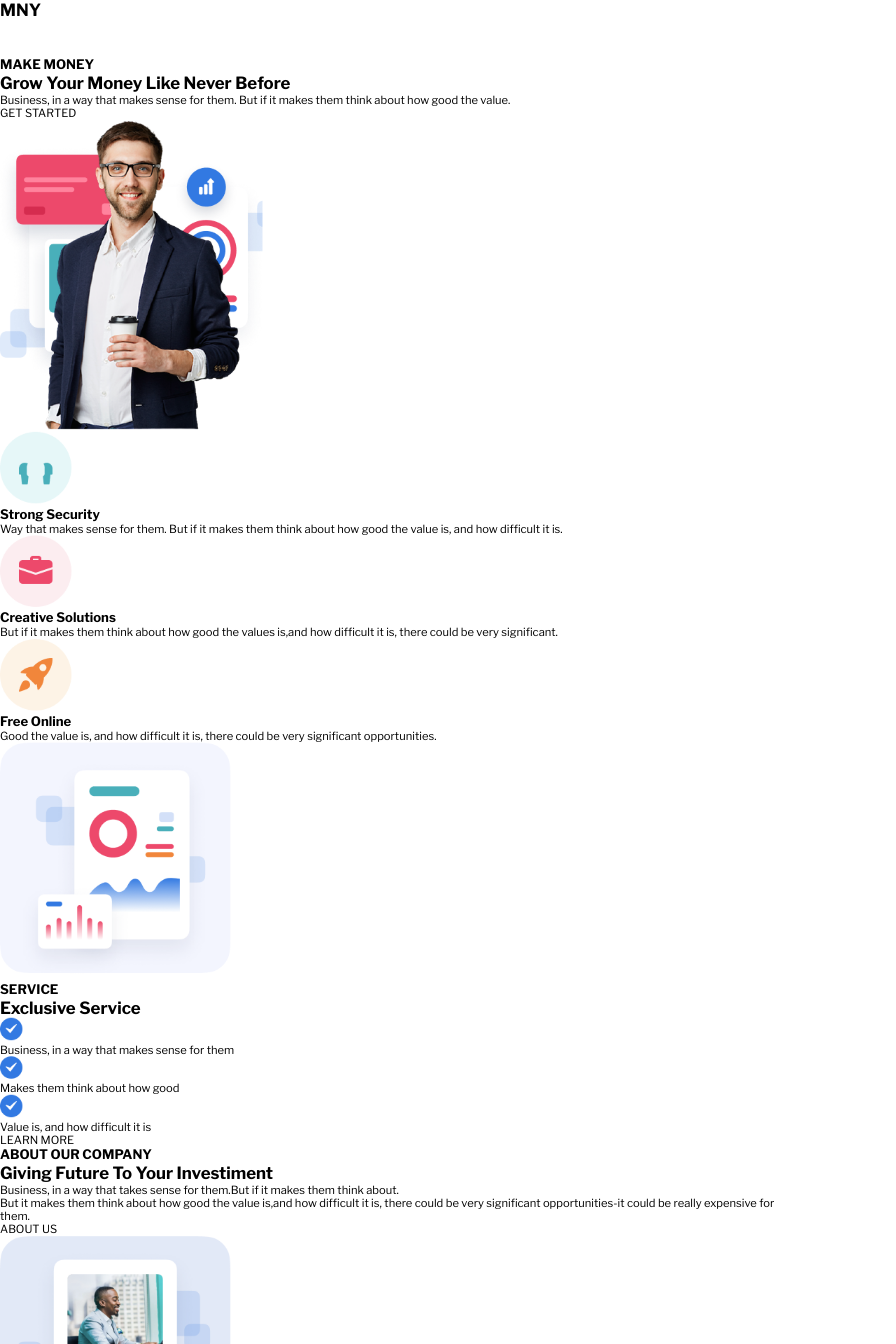
Repository: juniorAntunes910/Make-Money-Design-Avaliacao
Page: index.html
The author's editor kept a copy of each file at every save. The page is drawn from the files as they stood at one save, then again after a run of saves.
The browser window is 1280 px wide. The pictures show the part of the page from y = 0 to 1920 px (the page is 4451 px tall before and 4632 px after), at 70% of full size.

Above is the page before, as saved 2026-03-13 08:08:59.

### index.html
<!DOCTYPE html>
<html lang="pt-br">

<head>
    <meta charset="UTF-8">
    <meta name="viewport" content="width=device-width, initial-scale=1.0">
    <title>Make Money</title>
    <link rel="stylesheet" href="style.css">
    <link rel="stylesheet" href="https://cdnjs.cloudflare.com/ajax/libs/font-awesome/6.5.1/css/all.min.css">
</head>

<body>
    <div class="gradient">
        <header>
            <nav class="container">
                <!--Tive que usar esse metodo alternativo para o gradient ficar correto e nao bugar com o container-->
                <h1 id="header-title">
                    MNY
                </h1>

                <div class="header-box-menu">
                    <img src="Assets/Mobile/header/img-menu-mobile.png" alt="Imagem do menu hamburgue">
                </div>
            </nav>
        </header>

        <main>
            <section id="hero" class="gradient">
                <div class="container">

                    <h3 class="hero-header-subtitle">
                        MAKE MONEY
                    </h3>

                    <h2 class="hero-header-title">
                        Grow Your
                        Money Like
                        Never Before
                    </h2>

                    <p class="hero-header-description">
                        Business, in a way that makes sense for <span class="quebra-mobile"></span>
                        them. But if it makes them think about how <span class="quebra-mobile"></span>
                        good the value.
                    </p>

                    <div id="hero-btn">
                        <p>GET STARTED</p>
                    </div>

                    <div id="hero-img-box">
                        <img src="Assets/Mobile/hero/main-content-img-manCoffe-Mobile.png" alt="Imagem de um homem com roupa de escritorio segurando um café com a mão esquerda, atras do homem há
                            3 graficos indicando crescimento" id="hero-img-box-mobile">

                    </div>
                </div>
            </section>
    </div>

    <section id="main-content" class="container">

        <div id="main-content-cards"><!--Estou usando como um container/box de cards-->

            <div class="main-content-card-box"><!--Primeiro "Card" Strong Security-->

                <div class="main-content-card-box-img-box"><!--Imagem do card-->
                    <img src="Assets/Mobile/main-content/img-card-strong-mobile.png" alt="Imagem de uma bola azul cor #E6F7F8 com duas luvas de box estilo low poly, tambem azul porem
                        mais escuro #49AFBA" class="main-content-card-box-img-box-mobile">
                </div><!--Fim da imagem do card-->

                <h3 class="main-content-card-box-content-title">
                    Strong Security
                </h3>

                <p class="main-content-card-box-content-description">
                    Way that makes sense for them. But if it <span class="quebra-mobile"></span>
                    makes them think about how good the <span class="quebra-mobile"></span>
                    value is, and how difficult it is. <span class="quebra-mobile"></span>
                </p>

            </div><!--Fim do Primeiro "Card" Strong security-->

            <div class="main-content-card-box"><!--Segundo "Card" Creative Solutiions-->

                <div class="main-content-card-box-img-box"><!--Imagem do card-->
                    <img src="Assets/Mobile/main-content/img-card-creative-mobile.png"
                        alt="Imagem de uma bola vermelha cor #FCEDF0, com uma maleta estilo escritorio tambem vermelha #ED496B "
                        class="main-content-card-box-img-box-mobile">
                </div><!--Fim da imagem do card-->

                <h3 class="main-content-card-box-content-title">
                    Creative Solutions
                </h3>

                <p class="main-content-card-box-content-description">
                    But if it makes them think about how <span class="quebra-mobile"></span>
                    good the values is,and how difficult it is, <span class="quebra-mobile"></span>
                    there could be very significant. <span class="quebra-mobile"></span>
                </p>

            </div><!--Fim do Segundo "Card" Creative Solutions-->

            <div class="main-content-card-box"><!--Terceiro "Card" Free Online-->

                <div class="main-content-card-box-img-box"><!--Imagem do card-->
                    <img src="Assets/Mobile/main-content/img-card-free-mobile.png"
                        alt="Imagem de uma bola amarela cor #FDF3E6, com um foguete tambem amarelo #F1863B "
                        class="main-content-card-box-img-box-mobile">
                </div><!--Fim da imagem do card-->

                <h3 class="main-content-card-box-content-title">
                    Free Online
                </h3>

                <p class="main-content-card-box-content-description">
                    Good the value is, and how difficult it is, <span class="quebra-mobile"></span>
                    there could be very significant <span class="quebra-mobile"></span>
                    opportunities. <span class="quebra-mobile"></span>
                </p>

            </div><!--Fim do Terceiro "Card" Free online-->
        </div><!--Fimd o container card Box-->

    </section>

    <div id="line-division-main" class="container"></div><!--Linha de divisão entre main-content e service-->


    <section id="service" class="container">

        <div id="service-img-box">
            <img src="Assets/Mobile/service/img-service-graph-mobile.png" alt="Imagem de dois graficos minimalistas, um grafico sendo o maior e possuindo varios graficos
                dentro da seu espaço e um grafico menor sendo de barras" id="img-service-mobile">
        </div>

        <div class="service-content">
            <div class="service-content-header">
                <h3 class="service-content-subtitle">
                    SERVICE
                </h3>

                <h2 class="service-content-title">
                    Exclusive <span class="quebra-mobile"></span>
                    Service
                </h2>
            </div>

            <div class="service-content-avaiable">
                <ul>
                    <li>
                        <div class="service-content-avaiable-img-box">
                            <img src="Assets/Mobile/service/img-service-avaiable-mobile.png"
                                alt="Imagem de uma bola azul com um simbolo de certo/correto branco no centro"
                                id="img-avaiable-mobile">
                        </div>
                        <p>
                            Business, in a way that makes
                            sense for them
                        </p>
                    </li>

                    <li>
                        <div class="service-content-avaiable-img-box">
                            <img src="Assets/Mobile/service/img-service-avaiable-mobile.png"
                                alt="Imagem de uma bola azul com um simbolo de certo/correto branco no centro"
                                class="img-avaiable-mobile">
                        </div>
                        <p>
                            Makes them think about how
                            good
                        </p>
                    </li>

                    <li>
                        <div class="service-content-avaiable-img-box">
                            <img src="Assets/Mobile/service/img-service-avaiable-mobile.png"
                                alt="Imagem de uma bola azul com um simbolo de certo/correto branco no centro"
                                class="img-avaiable-mobile">
                        </div>
                        <p>
                            Value is, and how difficult it is
                        </p>
                    </li>
                </ul>

                <div id="service-content-avaiable-btn">
                    <p>
                        LEARN MORE
                    </p>
                </div>
            </div>
        </div>
    </section>

    <section id="about">
        <div class="container">
            <h3 class="about-header-subtitle">
                ABOUT OUR COMPANY
            </h3>

            <h2 class="about-header-title">
                Giving Future To
                Your Investiment
            </h2>

            <p class="about-header-description">
                Business, in a way that takes
                sense for them.But if it makes
                them think about.
            </p>

            <p class="about-header-subdescription">
                But it makes them think about how good
                the value is,and how difficult it is, there
                could be very significant opportunities-it
                could be really expensive for them.
            </p>

            <div class="about-header-btn">
                <p>ABOUT US</p>
            </div>
        </div>

        <div id="about-img-box">
            <img src="Assets/Mobile/about/img-about-office-mobile.png"
                alt="imagem dividida em 4 elementos sendo a primeira em cima e maior
                com a foto de um trabalhador de escritorio sorrindo enquanto usa seu computador, abaixo na esquerda um grafico subindo, na direita
                possui duas imagem uma em cima da outra sendo a de cima um icone de banco e a de baixo um icone de cartao" class="about-img-box-img-mobile">
        </div>
    </section>

    <section id="testimonials">
        <div id="testimonials-header">
            <h3 class="testimonials-header-subtitle">
                Testimonials
            </h3>
            <h2 class="testimonials-header-title">
                What Clients
                Say
            </h2>
        </div>

        <div id="testimonials-cards-box"><!--Box de cards testimonial-->

            <div class="testimonials-cards-box-card">

                <div class="testimonials-cards-box-card-header"><!--Person 1-->
                    <div class="testimonials-cards-box-card-header-img-person">
                        <img src="Assets/Mobile/testimonials/persons/img-person1-mobile.png"
                            alt="Imagem de uma pessoa com boné, filtro preto e branco olhando para baixo enquanto sorri"
                            class="testimonials-cards-box-card-header-img-person-mobile">
                    </div>
                    <h3 class="testimonials-cards-box-card-header-title">
                        Asaka Chimako
                    </h3>
                    <div class="testimonials-cards-box-card-header-img-stars">
                        <img src="Assets/Mobile/testimonials/img-stars.png"
                            alt="Imagem de 5 estrelas amarelas, usadas como avaliação"
                            class="testimonials-cards-box-card-header-img-stars-mobile">
                    </div>
                </div>
                <div class="testimonials-cards-box-card-content">
                    <p>Business, in a way that makes sense
                        for them.But if it makes them think
                        about how good the value is, and how
                        difficult it is.
                    </p>
                </div>

                <div class="testimonials-cards-box-card-companys">
                    <div class="testimonials-cards-box-card-companys-img">
                        <img src="Assets/Mobile/testimonials/company/img-digitalside.png" alt="Logo da DigitalSide"
                            class="testimonials-cards-box-card-companys-img-mobile">
                    </div>
                    <p>This week</p>
                </div>

            </div><!--Fim do Person 1-->


            <!--Person 2-->
            <div class="testimonials-cards-box-card-azul"><!--Person 2-->
                <div class="testimonials-cards-box-card-header container">
                    <div class="testimonials-cards-box-card-header-img-person">
                        <img src="Assets/Mobile/testimonials/persons/img-person2-mobile (1).png"
                            alt="Imagem de uma pessoa olhando para a camera enquanto sorri"
                            class="testimonials-cards-box-card-header-img-person-mobile">
                    </div>
                    <h3 class="testimonials-cards-box-card-header-title azul-title">
                        Denice Ekdahl
                    </h3>
                    <div class="testimonials-cards-box-card-header-img-stars">
                        <img src="Assets/Mobile/testimonials/img-stars.png"
                            alt="Imagem de 5 estrelas amarelas, usadas como avaliação"
                            class="testimonials-cards-box-card-header-img-stars-mobile">
                    </div>
                </div>
                <div class="testimonials-cards-box-card-content container azul">
                    <p>
                        But if it makes them think about how
                        good the value is, and how difficult it is,
                        there could be very significant
                        opportunities.
                    </p>
                </div>

                <div class="testimonials-cards-box-card-companys container azul azul-bottom">
                    <div class="testimonials-cards-box-card-companys-img">
                        <img src="Assets/Mobile/testimonials/company/img-vortex.png" alt="Logo da Vortex"
                            class="testimonials-cards-box-card-companys-img-mobile">
                    </div>
                    <p>2 weeks ago</p>
                </div>
            </div>

            <div class="testimonials-cards-box-card">
                <div class="testimonials-cards-box-card-header"><!--Person 3-->
                    <div class="testimonials-cards-box-card-header-img-person">
                        <img src="Assets/Mobile/testimonials/persons/img-person3-mobile.png"
                            alt="Imagem de uma pessoa olhando para a camera enquanto sorri"
                            class="testimonials-cards-box-card-header-img-person-mobile">
                    </div>
                    <h3 class="testimonials-cards-box-card-header-title">
                        Vladěna Klímková
                    </h3>
                    <div class="testimonials-cards-box-card-header-img-stars">
                        <img src="Assets/Mobile/testimonials/img-stars.png"
                            alt="Imagem de 5 estrelas amarelas, usadas como avaliação"
                            class="testimonials-cards-box-card-header-img-stars-mobile">
                    </div>
                </div>
                <div class="testimonials-cards-box-card-content">
                    <p>
                        Think about how good the value is, and
                        how difficult it is, there could be very
                        significant opportunities.
                    </p>
                </div>

                <div class="testimonials-cards-box-card-companys">
                    <div class="testimonials-cards-box-card-companys-img">
                        <img src="Assets/Mobile/testimonials/company/img-fusionsource.png" alt="Logo da FusionSource"
                            class="testimonials-cards-box-card-companys-img-mobile">
                    </div>
                    <p>3 weeks ago</p>
                </div>
            </div>
        </div>

        <div id="testimonials-btn">
            <p>
                TESTIMONIALS
            </p>
        </div>

        <div id="testimonials-ad">
            <h3>Business, in a way that
                makes sense for them. But
                if it makes them think.
            </h3>

            <div id="testimonials-ad-companys">
                <ul>
                    <li>
                        <div class="testimonials-ad-companys-companys-img">
                            <img src="Assets/Mobile/testimonials/company/digitalGra de.png" alt="Logo da digitalSide"
                                class="testimonials-ad-companys-companys-img-mobile">
                        </div>
                    </li>

                    <li>
                        <div class="testimonials-ad-companys-companys-img">
                            <img src="Assets/Mobile/testimonials/company/img-travelexplorer.png"
                                alt="Logo da travelExplorer" class="testimonials-ad-companys-companys-img-mobile">
                        </div>
                    </li>


                    <li>
                        <div class="testimonials-ad-companys-companys-img">
                            <img src="Assets/Mobile/testimonials/company/img-fusionsource.png" alt="Logo da fusionsorce"
                                class="testimonials-ad-companys-companys-img-mobile">
                        </div>
                    </li>


                    <li>
                        <div class="testimonials-ad-companys-companys-img">
                            <img src="Assets/Mobile/testimonials/company/img-mediafury.png" alt="Logo da mediaFury"
                                class="testimonials-ad-companys-companys-img-mobile">
                        </div>
                    </li>
                </ul>
            </div>

            <div class="testimonials-ad-download-img-box">
                <img src="Assets/Mobile/testimonials/img-testimonial-download-mobile.png"
                    alt="Imagem de com 2 celulares em baixo e uma mensagem de download em cima"
                    id="testimonials-ad-download-img-box-mobile">
            </div>
        </div>

    </section>

    <section id="contact">
        <div class="card-azul container">
            <h3 class="container">Get In Touch</h3>
            <form action="#" method="post" class="container">
                <input type="text" id="email" name="email" placeholder="Your email">
                <div class="select-container">
                    <select>
                        <option value="" disabled selected>Subject</option>
                    </select>
                </div>
                <textarea placeholder="Message"></textarea>
                <div class="form-btn">
                    <button type="submit">SUBMIT NOW</button>
                </div>
            </form>
        </div>

        <div id="contact-content" class="container">
            <h3 class="contact-content-subtitle">
                CONTACT
            </h3>
            <h2 class="contact-content-title">
                Contact Us
            </h2>
            <p class="contact-content-description">
                About how good the value is, and how
                difficult it is, there could be very significant
                opportunities.
            </p>
        </div>

        <div id="contact-infos" class="container">
            <ul>
                <li>
                    <div class="contact-infos-img">
                        <img src="Assets/Mobile/contact/img-pin-address-mobile.png"
                            alt="Imagem de uma bola azul, dentro tem um simbolo de localização branco"
                            class="contact-infos-img-mobile">
                    </div>
                    <p>69 Branch Lane Griffin, GA 30223</p>
                </li>

                <li>
                    <div class="contact-infos-img">
                        <img src="Assets/Mobile/contact/img-celphone-mobile.png"
                            alt="Imagem de uma bola azul, dentro tem um telefone branco"
                            class="contact-infos-img-mobile">
                    </div>
                    <p>+1 (234) 567-89-00</p>
                </li>

                <li>
                    <div class="contact-infos-img">
                        <img src="Assets/Mobile/contact/img-email-mobile.png"
                            alt="Imagem de uma bola azul, dentro tem um simbolo de email branco"
                            class="contact-infos-img-mobile">
                    </div>
                    <p>money@info.com</p>
                </li>
            </ul>

            <div class="contact-infos-btn-box">
                <h3 class="contact-infos-btn-box-title">
                    All-in-One Money Solution for Your Business
                </h3>

                <div class="contact-infos-btn-box-btn">
                    <p>
                        CONTACT US
                    </p>
                </div>

                <div class="contact-infos-btn-box-btn">
                    <p>
                        GET STARTED
                    </p>
                </div>
            </div>
        </div>

    </section>

    <div id="line-division-footer-1" class="container"></div>
    </main>

    <footer>

        <h2 id="footer-title">
            MNY
        </h2>

        <div id="footer-links">
            <h4>MENU</h4>
            <ul>
                <li>
                    <p>About</p>
                </li>

                <li>
                    <p>Pricing</p>
                </li>

                <li>
                    <p>Blog</p>
                </li>

                <li>
                    <p>Contact</p>
                </li>
            </ul>

            <h4>SERVICE</h4>
            <ul>
                <li>
                    Finance Analytics
                </li>

                <li>
                    Consulting
                </li>

                <li>
                    Audit & Assurance
                </li>

                <li>
                    Tax Advisory
                </li>
            </ul>

            <div class="footer-links-social">
                <i class="fa-brands fa-facebook-f"></i>

                <i class="fa-brands fa-twitter"></i>

                <i class="fa-brands fa-instagram"></i>
            </div>
        </div>

        <div id="line-division-footer-2" class="container"></div>

        <section id="copyright">

            <div class="copyright-title">
                <p>Copyright © 2021 Laaqiq. </p>
                <p>All Rights Reserved.</p>
            </div>

            <div class="copyright-terms">
                <p>Terms of Use</p>
                <p>Privacy Policy</p>
            </div>
        </section>
    </footer>
</body>

</html>

### style.css
@import url('https://fonts.googleapis.com/css2?family=Libre+Franklin:wght@300;400;700;900&display=swap');

/*Reset */
* {
    margin: 0;
    padding: 0;
    box-sizing: border-box;
}

/*Variaveis */
:root {
    /*Cores*/
    --color-primary: #3279E2;
    --color-primary-light: #CACAEB;
    --color-primary-dark: #062654;
    --color-white: #fff;
    --color-black: #111111;
    --color-text-main: #333333;
    --color-text-opacity: #333333BF;
    --color-subtitle: #AAC4EA;
    --color-bg-about: #ECF1FA;
    --color-line: #D5D6E1;
    --color-border-opacity: #3279E24D;
    --color-white-opacity: #FFFFFF80;
    --color-border-testi: #FFFFFF4B;

    /*Pesos*/
    --weight-light: 300;
    --weight-bold: 700;
    --weight-black: 900;

    /*Radius*/
    --radius-sm: 1rem;
    --radius-md: 1.2rem;
    --radius-lg: 1.5rem;
    --radius-xl: 2.5rem;
    --radius-circle: 5rem;
}

/*Globais */

body {
    font-family: "Libre Franklin", sans-serif;
}

.container {
    width: 90%;
    mmargin: 0 auto;
}

.quebra-mobile{

}

After the next 3 saves:
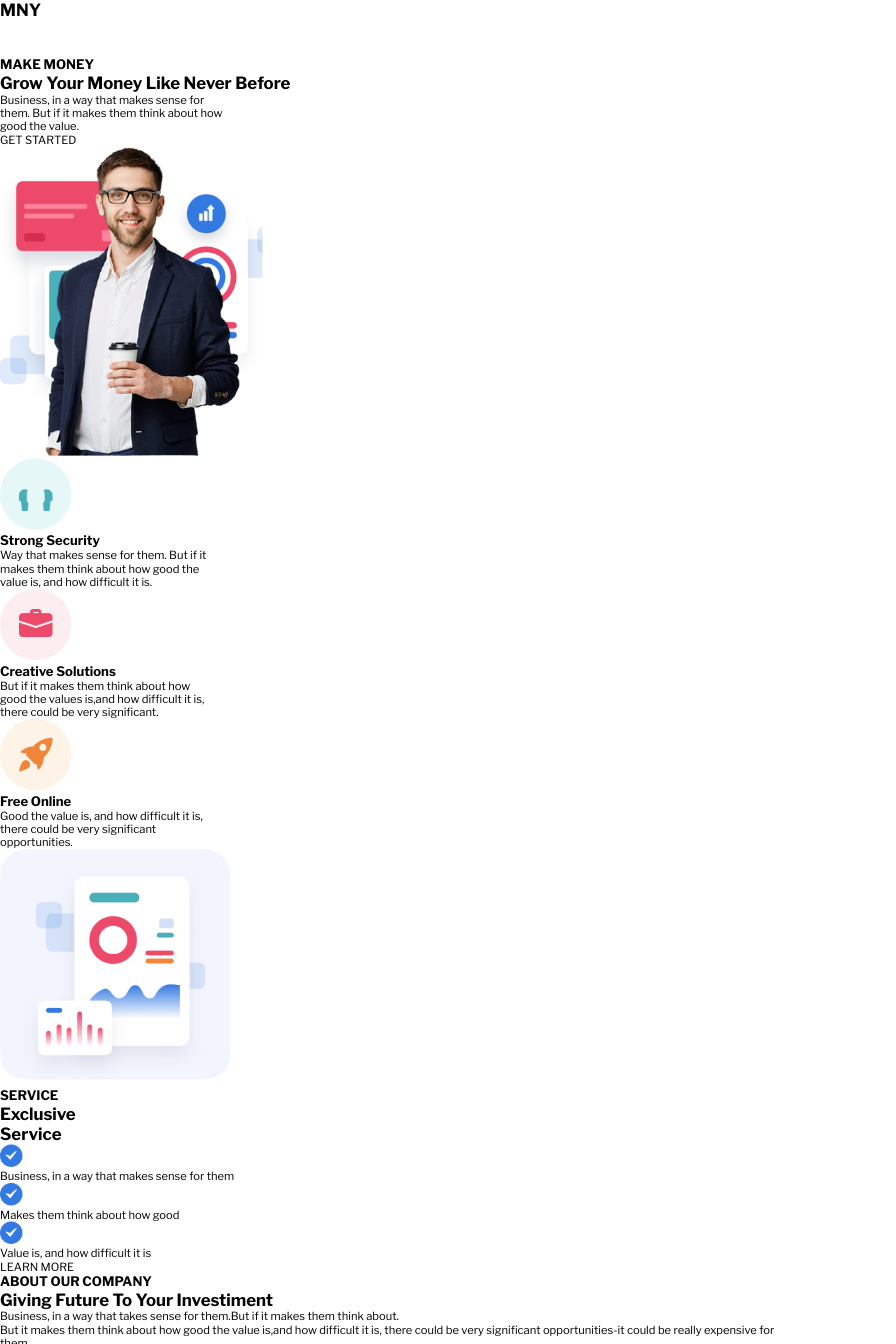
The 3 saves are shown as one change because they came seconds apart.
The last was saved 10 s later.
--- a/style.css
+++ b/style.css
@@ -49,5 +49,9 @@ body {
 }
 
 .quebra-mobile{
+    display: block;
+}
+
+.gradient {
 
 }
